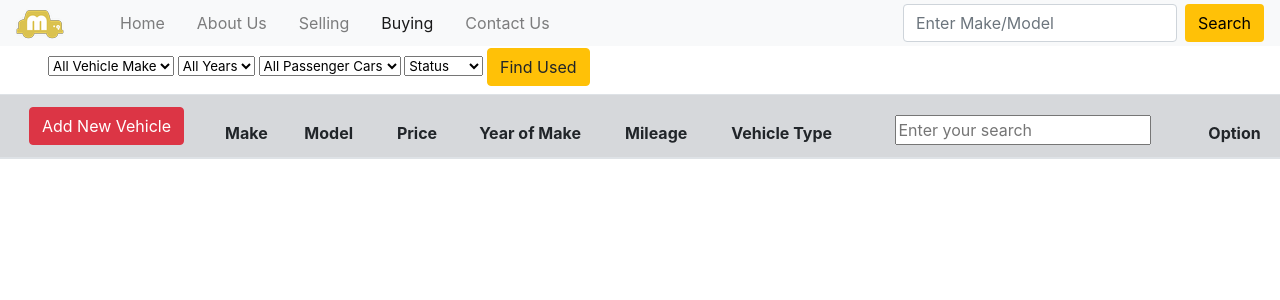
Repository: 99Ace/Project3-car-listing
Page: http://localhost/
The author's editor kept a record of every edit. The page is drawn from the files as they stood at one moment, then again after the next edit.
The browser window is 1280 px wide. The pictures show the whole page.
Some web libraries are served in a nearby version. The page is served by the project's application, run on Flask 3 (app.py). Queries for data that is not in the repository find no rows.

Above is the page before.

### templates/index.html
<!doctype html>
<html lang="en">

<head>
  <!-- Required meta tags -->
  <meta charset="utf-8">
  <meta name="viewport" content="width=device-width, initial-scale=1, shrink-to-fit=no">

  <!-- Bootstrap CSS -->
  <link rel="stylesheet" href="https://maxcdn.bootstrapcdn.com/bootstrap/4.0.0/css/bootstrap.min.css" integrity="sha384-Gn5384xqQ1aoWXA+058RXPxPg6fy4IWvTNh0E263XmFcJlSAwiGgFAW/dAiS6JXm" crossorigin="anonymous">
  <link rel="stylesheet" href="https://cdnjs.cloudflare.com/ajax/libs/animate.css/3.7.2/animate.css" type="text/css" />
  <link rel="stylesheet" href="https://cdnjs.cloudflare.com/ajax/libs/font-awesome/4.7.0/css/font-awesome.min.css">
  <script src="https://code.jquery.com/jquery-3.2.1.slim.min.js" integrity="sha384-KJ3o2DKtIkvYIK3UENzmM7KCkRr/rE9/Qpg6aAZGJwFDMVNA/GpGFF93hXpG5KkN" crossorigin="anonymous"></script>

  <title>Buy Used Car | Best Deal</title>
</head>

<body>
  <main class="container-fluid px-0 pt-4 mx-0">
    <!--NAVIGATION BAR: done using Bootstrap; fixed to top, dark for current page, -->
    <nav class="navbar fixed-top navbar-expand-lg navbar-light bg-light py-0">
      <a class="navbar-brand mr-5" href="index.html"><img src="../static/image-page/logo.png"/></a>
      <button class="navbar-toggler" type="button" data-toggle="collapse" data-target="#navbarSupportedContent" aria-controls="navbarSupportedContent" aria-expanded="false" aria-label="Toggle navigation">
        <span class="navbar-toggler-icon"></span></button>

      <div class="collapse navbar-collapse" id="navbarSupportedContent">
        <ul class="navbar-nav mr-auto">
          <li class="nav-item mr-lg-3 ">
            <a class="nav-link" href="index.html">Home <span class="sr-only .sr-only-focusable">(current)</span></a>
          </li>
          <li class="nav-item mr-lg-3">
            <a class="nav-link" href="index.html#about-us">About Us</a>
          </li>
          <li class="nav-item mr-lg-3">
            <a class="nav-link" href="index.html#sellcar">Selling</a>
          </li>
          <li class="nav-item mr-lg-3 active">
            <a class="nav-link" href="buycar.html">Buying</a>
          </li>
          <li class="nav-item">
            <a class="nav-link" href="contact-us.html">Contact Us</a>
          </li>
        </ul>
        <form class="form-inline my-2 my-lg-1">
          <input class="form-control mr-sm-2" type="search" placeholder="Enter Make/Model" aria-label="Search">
          <button class="btn bg-warning my-2 my-sm-0" type="submit">Search</button>
        </form>
      </div>
    </nav>
    <!--BUYCAR Page main banner-->
    <div id="buycar" class="mt-3">
      <!--Display for MD & above-->
      <div class="d-md-block d-none">
        <!--Search Bar: allows user to key in the make/model of cars they looking for, budget, etc-->
        <div class="px-5 py-2">
          <form style="font-size:10pt; color:rgb(127, 127, 127)" method="POST">
             <!--To allow user to select Car Make-->
            <select name="search-car-make">
              <option value="all"           > All Vehicle Make </option>
              <option value="Audi"          > Audi </option>
              <option value="Mercedes-Benz" > Mercedes-Benz</option>
              <option value="BMW"           > BMW</option>
              <option value="Volvo"         > Volvo</option>
              <option value="Jaguar"        > Jaguar</option>
            </select>
            <!--To allow user to select his choice of age of cars to view -->
            <select name="search-year-of-make">
                            <option value="0">All Years</option>
                            <option value="2019">2019</option>
                            <option value="2018">2018</option>
                            <option value="2017">2017</option>
                            <option value="2016">2016</option>
                            <option value="2015">2015</option>
                            <option value="2014">2014</option>
                            <option value="2013">2013</option>
                            <option value="2012">2012</option>
                            <option value="2011">2011</option>
                            <option value="2010">2010</option>
                            <option value="2009">2009</option>
                            <option value="2008">2008</option>
                            <option value="2007">2007</option>
                            <option value="2006">2006</option>
                            <option value="2005">2005</option>
                            <option value="2004">2004</option>
                            <option value="2003">2003</option>
                            <option value="2002">2002</option>
                            <option value="2001">2001</option>
                            <option value="2000">2000</option>
                        </select>
            <!--To allow user to select his choice of type of cars to view -->
            <select name="search-car-type">
                          <option value="all"> All Passenger Cars</option>
                          <option value="Hybrid Car"> Hybrid Car</option>
                          <option value="Hatchback"> Hatchback</option>
                          <option value="Luxury Sedan"> Luxury Sedan</option>
                          <option value="MPV"> MPV</option>
                          <option value="Mid-sized Sedan"> Mid-sized Sedan</option>
                          <option value="Sports"> Sports</option>
                          <option value="Stationwagon"> Stationwagon</option>
                          <option value="SUV"> SUV</option>
                        </select>
            <!--To allow user to select to view Sold vehicle listing or Available vehicle listing or all listings-->
            <select name='availability'>
              <option value= 'all'> Status </option>
              <option value= 'Available'> Available </option>
              <option value= 'Sold'     > Sold </option>
            </select>
            <input type='submit' value='Find Used' class='btn btn-warning' />
            </form>
        </div>
      </div>
    </div>
     <!--Display the cars in the database-->
    <div id="car-listing">
      <!--Car Listing for MD screen & above-->
      <div class="table-responsive d-md-block d-none">
        <table class="table text-center">
          <!--Menu bar-->
          <thead class="listing">
            <tr class="table-secondary">
              <th><a href="{{ url_for('add_listing') }}" class="btn btn-danger">Add New Vehicle</a></th>
              <th class="text-left">Make </th>
              <th class="text-left">Model</th>
              <th>Price</th>
              <th>Year of Make</th>
              <th>Mileage</th>
              <th>Vehicle Type</th>
              <th><input type="text" placeholder="Enter your search" /></button></th>
              <th>Option</th>
            </tr>
          </thead>
          <!--Car Listing -->
          <tbody class="listing ">
            {% for d in detail %}
            <tr>
              <tr>
                <td rowspan="3">
                  <image src="../static/image-page/mini.jpg" class="car-image" />
                </td>
                <td colspan="2" class="blue text-left"><b>{{ d.car_tag.car_make}} {{d.car_tag.car_model}}</b></td>
                <td class="red"><b>
                 {{ "${:,}".format(d.car_price) }}
                  </b></td>
                <td >{{ d.car_tag.year_of_make}}</td>
                <td>{{ "{:,}".format(d.mileage)}}km</td>
                <td>{{ d.car_tag.car_type }}</td>
                <td rowspan="2" class="border-white text-left">
                  <span class="car-badge badge badge-primary"> <a>{{ d.car_tag.car_make }}</a></span>
                  <span class="car-badge badge badge-primary"> {{ d.car_tag.car_model }}</span>
                  <span class="car-badge badge badge-primary"> {{ d.car_tag.year_of_make}}</span>
                  <span class="car-badge badge badge-primary"> {{ d.car_tag.car_type }}</span>
                  <span
                    {% if d['car_tag'].availability == 'Available' %} class="car-badge badge badge-primary" {% endif %}
                    {% if d['car_tag'].availability == 'Sold' %} class="car-badge badge badge-danger" {% endif %}
                  > {{ d.car_tag.availability}}</span>
                </td>
                <td>
                  <a href='{{ url_for('edit_listing', taskid=d['_id'] ) }}'>Edit</a>|
                  <a href='{{ url_for('delete_listing', taskid=d['_id'] ) }}'>Delete</a>
                </td>
              </tr>
              <tr>
                <td colspan="6" class="border-white  text-left">
                  <b>Description: </b>{{ d.description}}
                </td>
              </tr>

            </tr>
            {% endfor %}
          </tbody>
        </table>
      </div>

    </div>
  </main>

  <script src="https://cdnjs.cloudflare.com/ajax/libs/popper.js/1.12.9/umd/popper.min.js" integrity="sha384-ApNbgh9B+Y1QKtv3Rn7W3mgPxhU9K/ScQsAP7hUibX39j7fakFPskvXusvfa0b4Q" crossorigin="anonymous"></script>
  <script src="https://maxcdn.bootstrapcdn.com/bootstrap/4.0.0/js/bootstrap.min.js" integrity="sha384-JZR6Spejh4U02d8jOt6vLEHfe/JQGiRRSQQxSfFWpi1MquVdAyjUar5+76PVCmYl" crossorigin="anonymous"></script>
</body>

</html>

### app.py
from flask import Flask, render_template, request, redirect, url_for
# from flask_uploads import UploadSet, configure_uploads, IMAGES
import os
import pymongo
import datetime
from bson.objectid import ObjectId

app = Flask(__name__)

MONGO_URI = os.getenv('MONGO_URI')
DATABASE_NAME = 'cars_listing'
COLLECTION_NAME = 'car_plate'

# upload_dir = "/static/uploads/images/"
# TOP_LEVEL_DIR = os.path.abspath(os.curdir)
# app.config['UPLOADED_IMAGES_DEST'] = TOP_LEVEL_DIR + upload_dir
# app.config['UPLOADS_DEFAULT_DEST'] =

# STEP 0 - Create the connection to mongo
# 0.1. Retrieve the environment variables
# def mongo_connect(url):
#     try:
#         conn = pymongo.MongoClient(MONGO_URI)
#         print("Mongo is connected")
#         return conn
#     except pymongo.errors.ConnectionFailure as e:
#         print("Could not connect to MongoDB: %s") % e

# 0.2. Create the connection
conn = pymongo.MongoClient(MONGO_URI)
datalink = conn[DATABASE_NAME][COLLECTION_NAME]

# STEP 1 - Create a home route and test it
@app.route('/') # map the root route to the index function
def index():
    results = datalink.find({})
    return render_template ("index.html", detail=results)
@app.route('/', methods=["POST"])
def search():
#     # Getting the data from the form
    car_make = request.form.get('search-car-make')
    car_type = request.form.get('search-car-type')
    year_of_make = int(request.form.get('search-year-of-make'))
    availability = request.form.get('availability')

    # SELECTION FOR ALL CARS WITH NO FILTER
    if car_make == 'all' and car_type == 'all' and year_of_make == 0 and availability == 'all' :
        result = datalink.find({})
        return render_template("index.html", detail=result)
    # ALL SELECTION SELECTED
    if car_make != 'all' and car_type != 'all' and year_of_make != 0 and availability != 'all':
        result = datalink.find({
            'car_tag.car_make' : car_make,
            'car_tag.car_type' : car_type,
            'car_tag.year_of_make': year_of_make,
            'car_tag.availability' : availability
        })
        return render_template("index.html", detail=result)

    # EITHER OF 3 CRITERIA SELECTED
    if car_make != 'all' and car_type != 'all' and year_of_make != 0 and availability == 'all':
        result = datalink.find({
            'car_tag.car_make' : car_make,
            'car_tag.car_type' : car_type,
            'car_tag.year_of_make': year_of_make
        })
        return render_template("index.html", detail=result)
    if car_make != 'all' and car_type != 'all' and year_of_make == 0 and availability != 'all':
        result = datalink.find({
            'car_tag.car_make' : car_make,
            'car_tag.car_type' : car_type,
            'car_tag.availability' : availability
        })
        return render_template("index.html", detail=result)
    if car_make != 'all' and car_type == 'all' and year_of_make != 0 and availability != 'all':
        result = datalink.find({
            'car_tag.car_make' : car_make,
            'car_tag.year_of_make': year_of_make,
            'car_tag.availability' : availability
        })
        return render_template("index.html", detail=result)
    if car_make == 'all' and car_type != 'all' and year_of_make != 0 and availability != 'all':
        result = datalink.find({
            'car_tag.car_type' : car_type,
            'car_tag.year_of_make': year_of_make,
            'car_tag.availability' : availability
        })
        return render_template("index.html", detail=result)

    if car_make != 'all' and car_type == 'all' and year_of_make != 0 and availability == 'all':
        result = datalink.find({
            'car_tag.car_make' : car_make,
            'car_tag.year_of_make': year_of_make
        })
        return render_template("index.html", detail=result)
    if car_make != 'all' and car_type != 'all' and year_of_make == 0 and availability == 'all':
        result = datalink.find({
            'car_tag.car_make' : car_make,
            'car_tag.car_type' : car_type
        })
        return render_template("index.html", detail=result)
    if car_make != 'all' and car_type == 'all' and year_of_make == 0 and availability == 'all':
        result = datalink.find({
            'car_tag.car_make' : car_make,
        })
        return render_template("index.html", detail=result)


    # elif car_type != 'all':
    #     result = datalink.find({
    #         'car_tag.car_type' : car_type
    #     })
    #     return render_template("index.html", detail=result)

    # elif year_of_make > 0:
    #     result = datalink.find({
    #         'car_tag.year_of_make': year_of_make
    #     })
    #     return render_template("index.html", detail=result)

    # elif availability != 'all':
    #     result = datalink.find({
    #         'car_tag.availability' : availability
    #     })
    #     return render_template("index.html", detail=result)


    # if year_of_make == 0:
    #     result = datalink.find({})
    #     return render_template("index.html", detail=result)
    # else:
    #     result = datalink.find({
    # # #         'car_tag.availability': availability,
    #         'car_tag.year_of_make': year_of_make
    #     })
    #     return render_template("index.html", detail=result)


@app.route('/vehicle/add')
def add_listing():
    return render_template('add_listing.html', data={})

@app.route('/vehicle/add', methods=["POST"])
def insert_listing():
    # Getting the data from the form
    car_make = request.form.get('car-make')
    car_model = request.form.get('car-model')
    reg_year = int(request.form.get('year'))
    car_price = int(request.form.get('car-price'))
    mileage = int(request.form.get('mileage'))
    description = request.form.get('description')
    car_type = request.form.get('car-type')
    availability = request.form.get('availability')

    datalink.insert({
        'car_tag' : {
            'car_make' : car_make, # right hand side title is not in quotes, so it's a variable
            'car_model': car_model,
            'year_of_make':reg_year,
            'car_type': car_type,
            'availability':availability
        },
        'car_price' : car_price,
        'mileage': mileage,
        'description': description
    })

    return redirect(url_for('index'))

@app.route('/vehicle/<taskid>/edit')
def edit_listing(taskid):
    vehicle = datalink.find_one({
        "_id":ObjectId(taskid)
    })
    return render_template('edit_listing.html', v=vehicle)

@app.route('/vehicle/<taskid>/edit', methods=["POST"])
def update_listing(taskid):
    # Getting the data from the form
    car_make = request.form.get('car-make')
    car_model = request.form.get('car-model')
    reg_year = int(request.form.get('year'))
    car_price = int(request.form.get('car-price'))
    mileage = int(request.form.get('mileage'))
    description = request.form.get('description')
    car_type = request.form.get('car-type')
    availability = request.form.get('availability')

    datalink.update({
        '_id':ObjectId(taskid)
    }, {
        '$set': {
        'car_tag' : {
            'car_make' : car_make, # right hand side title is not in quotes, so it's a variable
            'car_model': car_model,
            'year_of_make':reg_year,
            'car_type': car_type,
            'availability':availability
        },
        'car_price' : car_price,
        'mileage': mileage,
        'description': description
        }
    })
    return redirect(url_for('index'))

@app.route('/vehicle/<taskid>/confirm_delete')
def delete_listing(taskid):
    task = datalink.find_one({
        '_id':ObjectId(taskid)
    })
    return render_template('delete_listing.html',taskid=task)

@app.route('/vehicle/<taskid>/delete')
def delete(taskid):
    datalink.delete_one({
        '_id':ObjectId(taskid)
    })
    return redirect(url_for('index'))



# @app.route('/vehicle/search_listing', methods=["POST"])
# def search_listing():
#     # car_make = request.form.get('search-car-make')
#     # car_model = request.form.get('car-model')
#     # reg_year = int(request.form.get('search-year-of-make'))
#     # car_price = int(request.form.get('search-price-max'))
#     availability = request.form.get('availability')

#     if (availability == 'available'):
#         result = datalink.coll.find({'car_tag.availability':'Available'})
#     return render_template('search_listing.html')




# "magic code" -- boilerplate
if __name__ == '__main__':
    app.secret_key = 'super secret key'
    app.config['SESSION_TYPE'] = 'filesystem'

    app.run(host=os.environ.get('IP'),
            port=int(os.environ.get('PORT')),
            debug=True)

After the next edit:
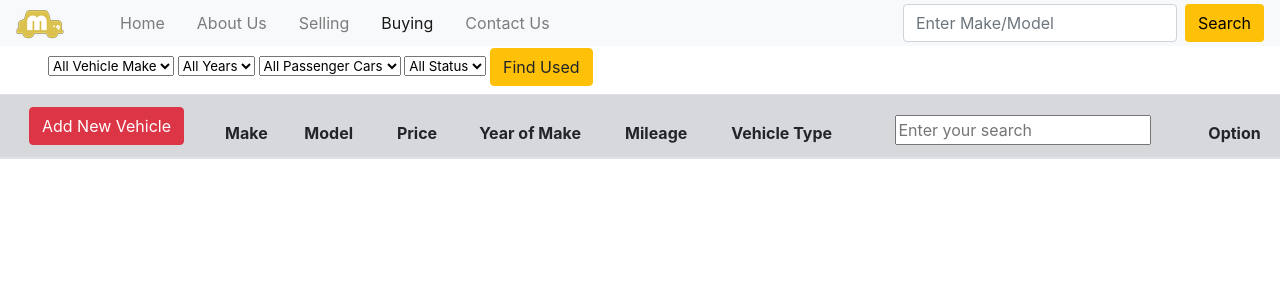
The edit:
--- a/templates/index.html
+++ b/templates/index.html
@@ -101,7 +101,7 @@
                         </select>
             <!--To allow user to select to view Sold vehicle listing or Available vehicle listing or all listings-->
             <select name='availability'>
-              <option value= 'all'> Status </option>
+              <option value= 'all'      > All Status </option>
               <option value= 'Available'> Available </option>
               <option value= 'Sold'     > Sold </option>
             </select>
